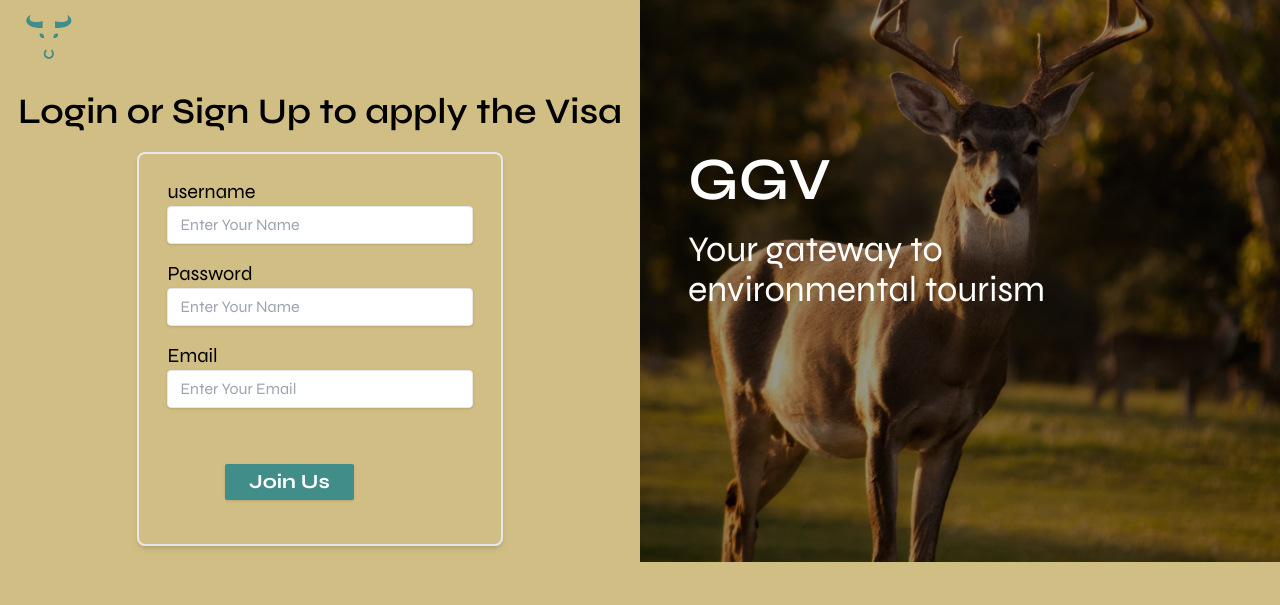
Repository: EngrAhmadUmar/landing-page
Page: /register
These files come from the project's save history. The page is drawn as it stood at one moment and after the next save; the edit follows.
The browser window is 1280 px wide. The pictures show the whole page.
The project was rebuilt for these pictures with package versions that can differ from the ones it lists, and the page was loaded fresh each time. The framework's server and built-in components were replaced by stand-ins that run in the browser. Also part of the build but not shown: next.config.js, styles/Home.module.css, src/Queries/conservationAreas.jsx, src/mutations/ApplyVisa.js, src/Queries/areaOfConservationQuery.js, src/Components/GetConservationAreas.js, src/Components/ApplyPageComponents/ApplyForm.jsx, src/Components/ApplyPageComponents/FormButton.jsx and 1 more.

Above is the page before, as saved 2022-07-12 09:44:06.

After the next save:
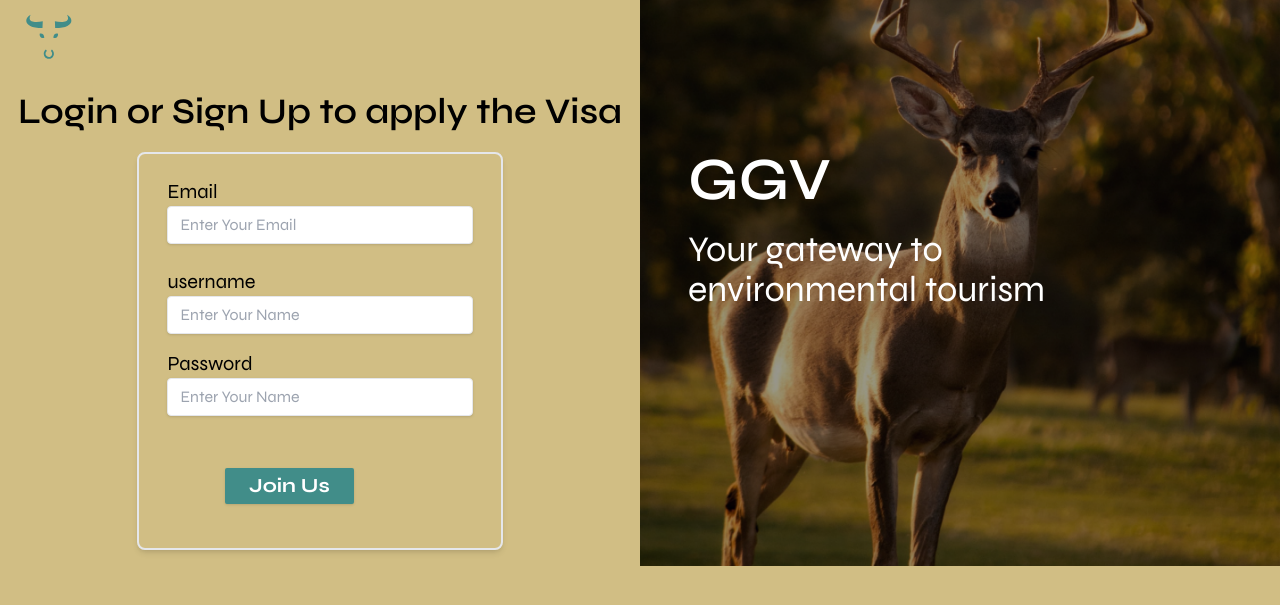
Saved 91 s later.
--- a/src/Components/ApplyPageComponents/RegisterForm.jsx
+++ b/src/Components/ApplyPageComponents/RegisterForm.jsx
@@ -73,6 +73,17 @@ const JoinUs = () => {
               onSubmit={onSubmit}
               className="pt-6 pb-8 mb-4 border-2 rounded-lg shadow-md px-7 border-gray max-w-[30rem] "
             >
+              <div className="mb-6">
+                <label className="text-lg md:text-xl">Email</label>
+                <input
+                  type="email"
+                  className="w-full px-3 py-2 leading-tight text-gray-700 border rounded shadow appearance-none focus:outline-none focus:shadow-outline"
+                  name="email"
+                  onChange={onChangeEmail}
+                  placeholder="Enter Your Email"
+                  value={email}
+                />
+              </div>
               <div className="mb-4">
                 <label className="text-lg md:text-xl">username</label>
                 <input
@@ -93,17 +104,6 @@ const JoinUs = () => {
                   onChange={onChangePassword}
                   placeholder="Enter Your Name"
                   className="w-full px-3 py-2 leading-tight text-gray-700 border rounded shadow appearance-none focus:outline-none focus:shadow-outline"
-                />
-              </div>
-              <div className="mb-6">
-                <label className="text-lg md:text-xl">Email</label>
-                <input
-                  type="email"
-                  className="w-full px-3 py-2 leading-tight text-gray-700 border rounded shadow appearance-none focus:outline-none focus:shadow-outline"
-                  name="email"
-                  onChange={onChangeEmail}
-                  placeholder="Enter Your Email"
-                  value={email}
                 />
               </div>
 
